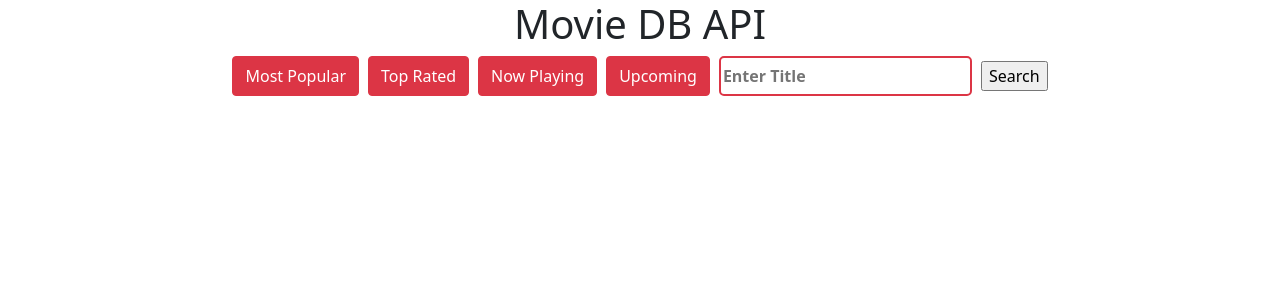
Repository: chaampavictor/moviedbapi
Page: /
The author's editor kept a copy of each file at every save. The page is drawn from the files as they stood at one save, then again after the next save.
The browser window is 1280 px wide. The pictures show the whole page.
The page's requests for data from a server got no answer. The project was rebuilt for these pictures with package versions that can differ from the ones it lists, and the page was loaded fresh each time. No one was signed in, and anything a server would have sent is missing.

Above is the page before, as saved 2022-01-13 13:11:24.

After the next save:
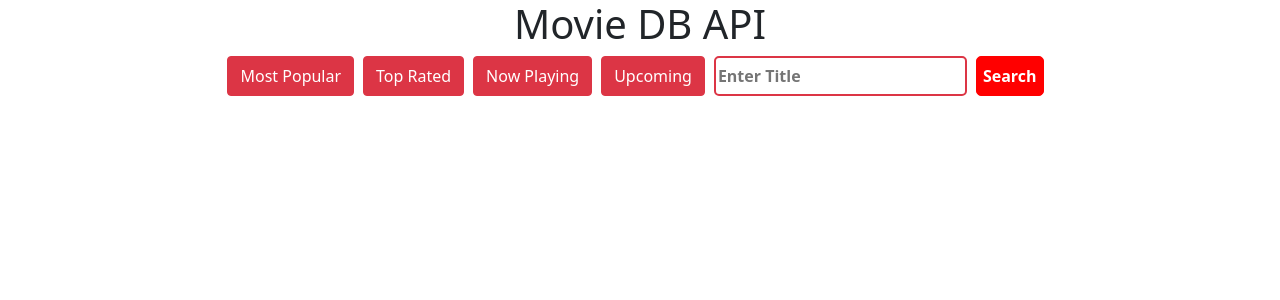
Saved 28 s later.
--- a/src/App.css
+++ b/src/App.css
@@ -19,6 +19,16 @@
   background-color: red;
   position: relative;
   font-family: Arial;
+}
+
+.submitbutton {
+  height: 40px;
+  margin-right: 9px;
+  background: red;
+  border: red 1px solid;
+  border-radius: 5px;
+  color: white;
+  font-weight: bolder;
 }
 
 .searchbutton {
